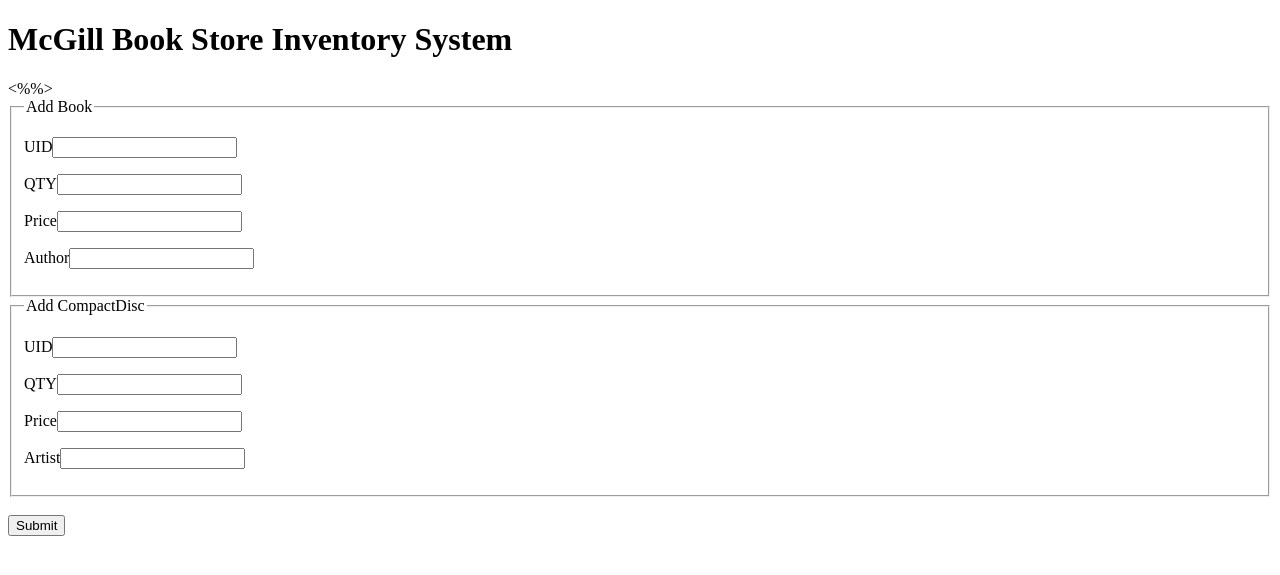
Repository: erjaimin/coding-ground
Page: Abde_Fatani/Assignment03/WebContent/form.html
An editor plug-in stored every save of this project. The page is shown before and after the next save, followed by the edit.
The browser window is 1280 px wide. The pictures show the whole page.

Above is the page before, as saved 2017-11-25 19:49:16.

After the next save:
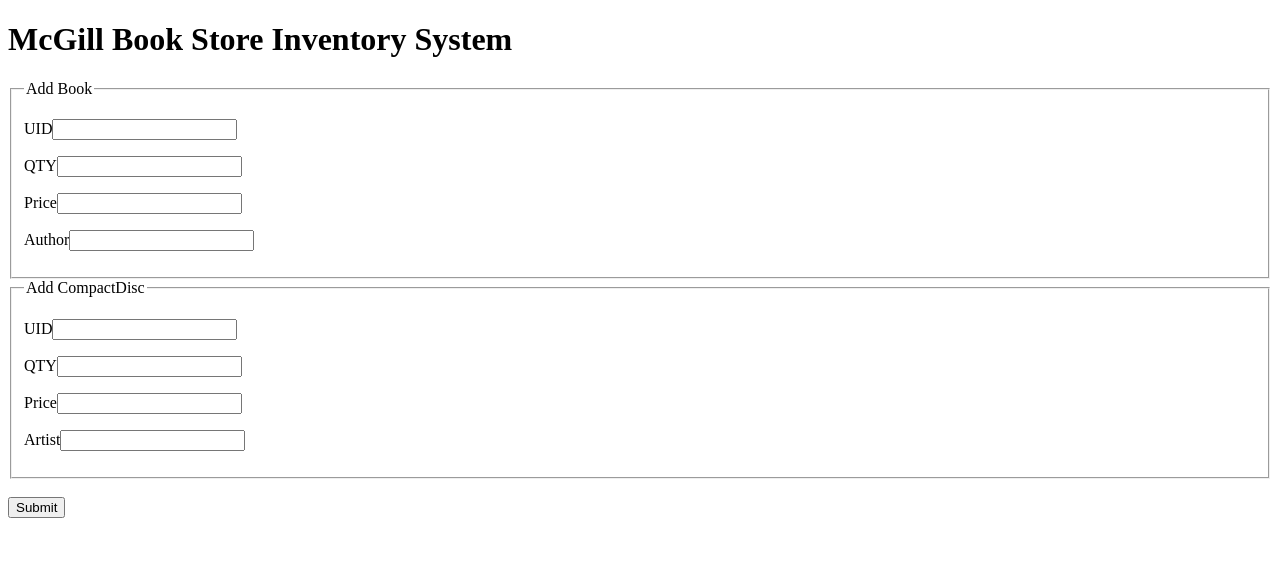
Saved 3 s later.
--- a/Abde_Fatani/Assignment03/WebContent/form.html
+++ b/Abde_Fatani/Assignment03/WebContent/form.html
@@ -6,7 +6,6 @@
 </head>
 <body>
 	<h1>McGill Book Store Inventory System</h1>
-	<%%>
 	<form method="post" action="updateInventory.do">
 		<fieldset>
 		<legend>Add Book</legend>
